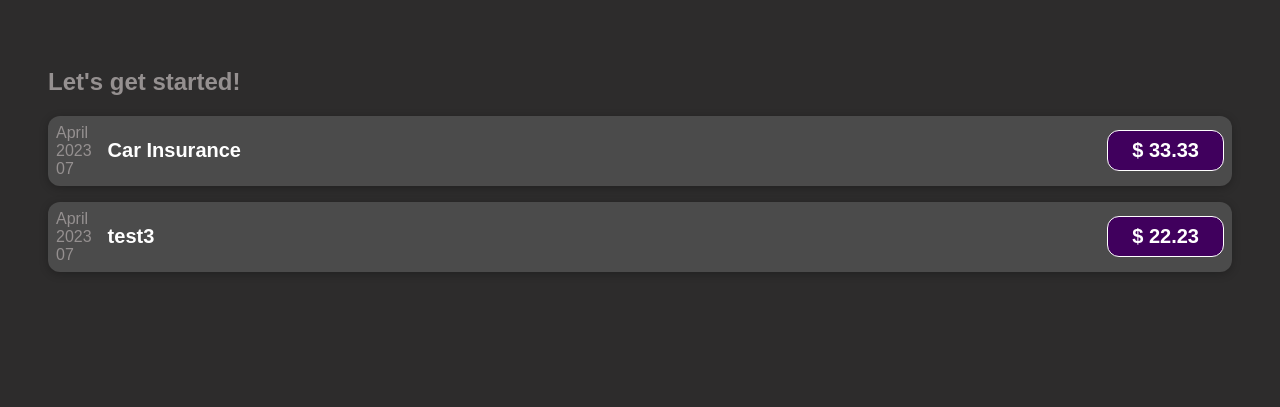
Repository: andresmazza/react-lesson
Page: /
The author's editor kept a copy of each file at every save. The page is drawn from the files as they stood at one save, then again after a run of saves.
The browser window is 1280 px wide. The pictures show the whole page.
The project was rebuilt for these pictures with package versions that can differ from the ones it lists, and the page was loaded fresh each time. Also part of the build but not shown: src/App.css.

Above is the page before, as saved 2023-04-08 00:04:38.

### src/index.css
body {
  font-family: sans-serif;
  margin: 0;
  padding: 3rem;
  background-color: #2d2c2c;
  color: #959090;
}
code {
  font-family: source-code-pro, Menlo, Monaco, Consolas, 'Courier New',
    monospace;
}

### src/App.js
import logo from './logo.svg';
import './App.css';
import ExpenseItem from './components/ExpenseItem';
function App() {
  const expenses = [
    { title: 'Car Insurance', amount: 33.33, date: new Date() },
    { title: 'test3', amount: 22.23, date: new Date() },
    { title: 'test#', amount: 43.33, date: new Date() },
  ];
  return (
    <div>
      <h2>Let's get started!</h2>
      <ExpenseItem
        title ={expenses[0].title}
        amount={expenses[0].amount}
        date  ={expenses[0].date}
        ></ExpenseItem>
        <ExpenseItem
        title ={expenses[1].title}
        amount={expenses[1].amount}
        date  ={expenses[1].date}
        ></ExpenseItem>
    </div>
  );
}

export default App;

### src/components/ExpenseItem.js

import './ExpenseItem.css';
import ExpenseDate from './ExpenseDate'

function ExpenseItem(props) {
    const month = props.date.toLocaleString('en-US',{month: 'long'});
    const day = props.date.toLocaleString('en-US',{ day: '2-digit'});
    const year = props.date.getFullYear();
    return (
      <div className='expense-item'>
        <div>
            <div>{month}</div>
            <div>{year}</div>
            <div>{day}</div>
        </div>
        <div className='expense-item__description'>
            <h2>{props.title}</h2>
            <div className='expense-item__price'>$ {props.amount}</div>
        </div>
      </div>
    );
  }

export default ExpenseItem;

### src/components/ExpenseItem.css
.expense-item {
  display: flex;
  justify-content: space-between;
  align-items: center;
  box-shadow: 0 2px 8px rgba(0, 0, 0, 0.25);
  padding: 0.5rem;
  margin: 1rem 0;
  border-radius: 12px;
  background-color: #4b4b4b;
}

.expense-item__description {
  display: flex;
  flex-direction: column;
  gap: 1rem;
  align-items: flex-end;
  flex-flow: column-reverse;
  justify-content: flex-start;
  flex: 1;
}

.expense-item h2 {
  color: #3a3a3a;
  font-size: 1rem;
  flex: 1;
  margin: 0 1rem;
  color: white;
}

.expense-item__price {
  font-size: 1rem;
  font-weight: bold;
  color: white;
  background-color: #40005d;
  border: 1px solid white;
  padding: 0.5rem;
  border-radius: 12px;
}

@media (min-width: 580px) {
  .expense-item__description {
    flex-direction: row;
    align-items: center;
    justify-content: flex-start;
    flex: 1;
  }

  .expense-item__description h2 {
    font-size: 1.25rem;
  }

  .expense-item__price {
    font-size: 1.25rem;
    padding: 0.5rem 1.5rem;
  }
}

### src/components/ExpenseDate.js

function ExpenseDate(props) {
    const month = props.date.toLocaleString('en-US',{month: 'long'});
    const day = props.date.toLocaleString('en-US',{ day: '2-digit'});
    const year = props.date.getFullYear();
    return (
      <div className='expense-item'>
        <div>
            <div>{month}</div>
            <div>{year}</div>
            <div>{day}</div>
        </div>
      </div>
    );
  }

export default ExpenseDate;

Loaded but not shown: public/index.html (common file); src/index.js (common file); src/reportWebVitals.js (common file)

After the next 5 saves:
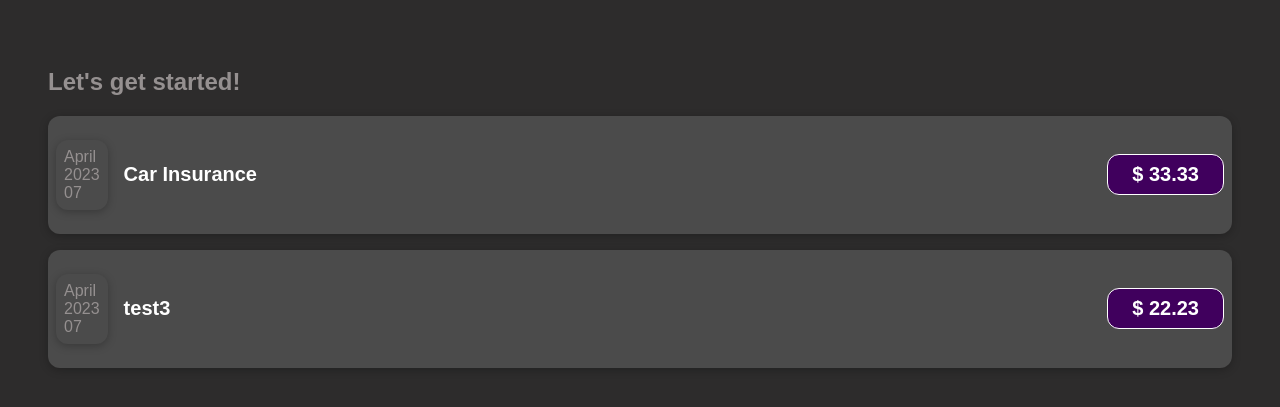
The 5 saves are shown as one change because 4 did not build or start.
The last was saved 3 min 54 s later.
--- a/src/components/ExpenseItem.js
+++ b/src/components/ExpenseItem.js
@@ -6,13 +6,15 @@ function ExpenseItem(props) {
     const month = props.date.toLocaleString('en-US',{month: 'long'});
     const day = props.date.toLocaleString('en-US',{ day: '2-digit'});
     const year = props.date.getFullYear();
+
     return (
       <div className='expense-item'>
-        <div>
-            <div>{month}</div>
-            <div>{year}</div>
-            <div>{day}</div>
-        </div>
+        <ExpenseDate
+            month={month}
+            day={day}
+            year={year}
+            >
+        </ExpenseDate>
         <div className='expense-item__description'>
             <h2>{props.title}</h2>
             <div className='expense-item__price'>$ {props.amount}</div>
--- a/src/components/ExpenseDate.js
+++ b/src/components/ExpenseDate.js
@@ -1,14 +1,14 @@
 
 function ExpenseDate(props) {
-    const month = props.date.toLocaleString('en-US',{month: 'long'});
+   /* const month = props.date.toLocaleString('en-US',{month: 'long'});
     const day = props.date.toLocaleString('en-US',{ day: '2-digit'});
-    const year = props.date.getFullYear();
+    const year = props.date.getFullYear();*/
     return (
       <div className='expense-item'>
         <div>
-            <div>{month}</div>
-            <div>{year}</div>
-            <div>{day}</div>
+            <div>{props.month}</div>
+            <div>{props.year}</div>
+            <div>{props.day}</div>
         </div>
       </div>
     );
